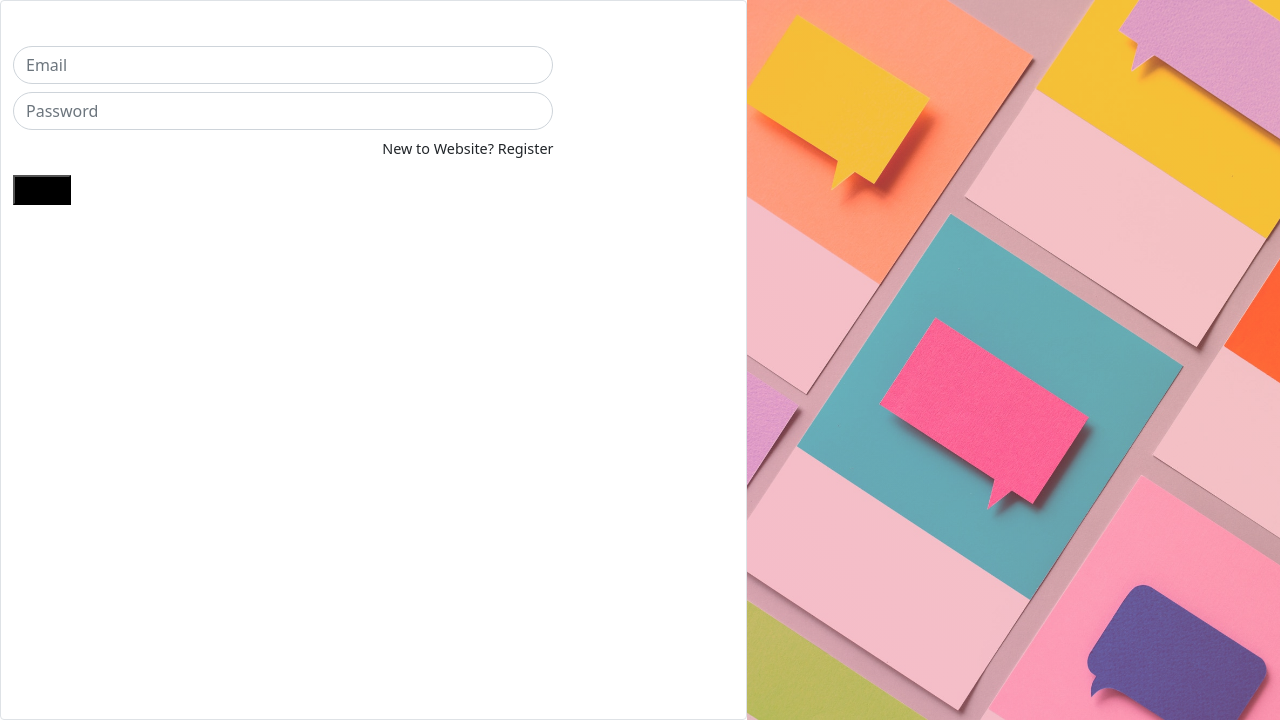
Repository: SaudCh/React-login
Page: /login
These files come from the project's save history. The page is drawn as it stood at one moment and after the next save; the edit follows.
The browser window is 1280 px wide. The pictures show the whole page.
The project was rebuilt for these pictures with package versions that can differ from the ones it lists, and the page was loaded fresh each time. Also part of the build but not shown: src/Components/Register/RegsiterCss.js, src/Components/Register/RegisterValidation.js, src/Components/Register/Register.jsx, src/Components/Home/Home.jsx.

Above is the page before, as saved 2022-02-06 12:26:08.

### src/App.js
import Login from './Components/Login/Login';
import Register from './Components/Register/Register'
import '../node_modules/bootstrap/dist/css/bootstrap.min.css'
import { Routes, Route } from 'react-router-dom'
import Home from './Components/Home/Home';

function App() {
  return (
    <Routes>
      <Route path="login" element={<Login />} />
      <Route path="register" element={<Register />} />
      <Route path="/" element={<Home />} />
      <Route path="*" element={<Register />} />
    </Routes >
  );
}

export default App;

### src/Components/Login/Login.jsx
import React, { useState } from "react";
import "./Login.css";
import { formStyle } from "./logincss";
import axios from "axios";
import { loginValidation } from "./loginValidation";

export default function Login() {
  const [email, setEmail] = useState();
  const [password, setPassword] = useState();
  const [error, setError] = useState("");

  const formSubmit = (e) => {
    setError("");
    e.preventDefault();
    const data = {
      email: email,
      password: password,
    };

    const errors = loginValidation(data);

    if (Object.keys(errors).length !== 0) {
      setError(errors);
      return;
    }

    axios
      .post("http://localhost:5000/api/user/login", data)
      .then(function (response) {
        console.log(response);
      })
      .catch(function (error) {
        let err;
        if (error.response) {
          err = error.response.data.message;
        } else if (error.request) {
          err = error.toJSON().message;
        } else {
          err = error.message;
        }
        setError({ api: err });
      });
  };

  return (
    <div>
      <div className="container-fluid">
        <div className="row">
          <div className="col-10 col-md-7 border rounded">
            <form onSubmit={formSubmit} className="col-9">
              {error.api && <p className="text-danger p-0 m-0">{error.api}</p>}
              <div className="my-2">
                <h4 className="text-white">Login </h4>
              </div>
              <div className="form-group my-2">
                <input
                  style={formStyle}
                  value={email}
                  onChange={(email) => setEmail(email.target.value)}
                  type="email"
                  class="form-control"
                  id="email"
                  placeholder={"Email"}
                />
                {error.email && (
                  <p className="text-danger p-0 m-0">{error.email}</p>
                )}
              </div>
              <div className="form-group my-2">
                <input
                  style={formStyle}
                  value={password}
                  onChange={(password) => setPassword(password.target.value)}
                  type="password"
                  class="form-control"
                  id="password"
                  placeholder="Password"
                />
                {error.password && (
                  <p className="text-danger p-0 m-0">{error.password}</p>
                )}
              </div>
              <div className="my-2">
                <div>
                  <p className="text-end" style={{ fontSize: "0.9rem" }}>
                    New to Website? <span>Register</span>
                  </p>
                </div>
                <button className="login-btn">Login</button>
              </div>
            </form>
          </div>
          <div className="col-md-5 login-background-image "></div>
        </div>
      </div>
    </div>
  );
}

### src/Components/Login/Login.css
:root {
  --primary: rgba(254, 113, 145, 0.4);
  --secondary: rgba(255, 133, 133, 0.4);
}
.login-background-image {
  height: 100vh;
  width: 100vw;

  background: linear-gradient(to top right, var(--primary), var(--secondary)),
    url("../Images/back.jpg") no-repeat center center / cover;
}

.login-btn{
  width: inherit;
  background-color: black;
}

input:hover,
input:active,
input:focus,
input:-webkit-autofill {
  outline: 0px !important;
  -webkit-appearance: none;
  box-shadow: none !important;
}
input:-webkit-autofill,
input:-webkit-autofill:focus {
  transition: background-color 600000s 0s, color 600000s 0s;
}

### src/Components/Login/logincss.js
export const formStyle = {
    backgroundColor: "transparent",
    borderRadius: 25,
};

### src/Components/Login/loginValidation.js
export const loginValidation = (data) => {
    let errors = {};

    if (!data.email) {
        errors.email = "Email Is Required."
    }
    else if (!/\S+@\S+\.\S+/.test(data.email)) {
        errors.email = "Invalid Email"
    }
    if (!data.password) {
        errors.password = "Password is required."
    }
    else if (data.password.length < 6) {
        errors.password = "Password Must be more than Six Characters"
    }
    return errors;

}

### src/Components/Register/Register.css
.background-image {
  background-image: linear-gradient(rgba(0, 0, 0, 0.2), rgba(0, 0, 0, 0.2)),
    url("../Images/back.jpg");
  background-position: center;
  background-repeat: no-repeat;
  background-size: cover;

  height: 100vh;
  justify-content: center;
  align-items: center;

  position: relative;
  z-index: 1;
}
.background-image::before {
  content: "";
  position: absolute;
  background: inherit;
  top: 0;
  bottom: 0;
  left: 0;
  right: 0;
  filter: blur(1px);
  z-index: -1;
}

.background-text {
  padding: 20px 0px;
  display: flex;
  justify-content: center;
  align-items: center;

  box-shadow: 0 0 1rem 0 rgba(0, 0, 0, 0.2);
  position: relative;
  background: inherit;
  z-index: 1;
}
.background-text::before {
  content: "";
  position: absolute;
  background: inherit;
  top: 0;
  bottom: 0;
  left: 0;
  right: 0;
  box-shadow: inset 0 0 2000px rgba(255, 255, 255, 0.3);
  /* filter: blur(1px); */
  z-index: -1;
}

input:hover,
input:active,
input:focus,
input:-webkit-autofill {
  outline: 0px !important;
  -webkit-appearance: none;
  box-shadow: none !important;
}
input:-webkit-autofill,
input:-webkit-autofill:focus {
  transition: background-color 600000s 0s, color 600000s 0s;
}

Loaded but not shown: public/index.html (common file); src/index.js (common file); src/index.css (common file); src/reportWebVitals.js (common file)

After the next save:
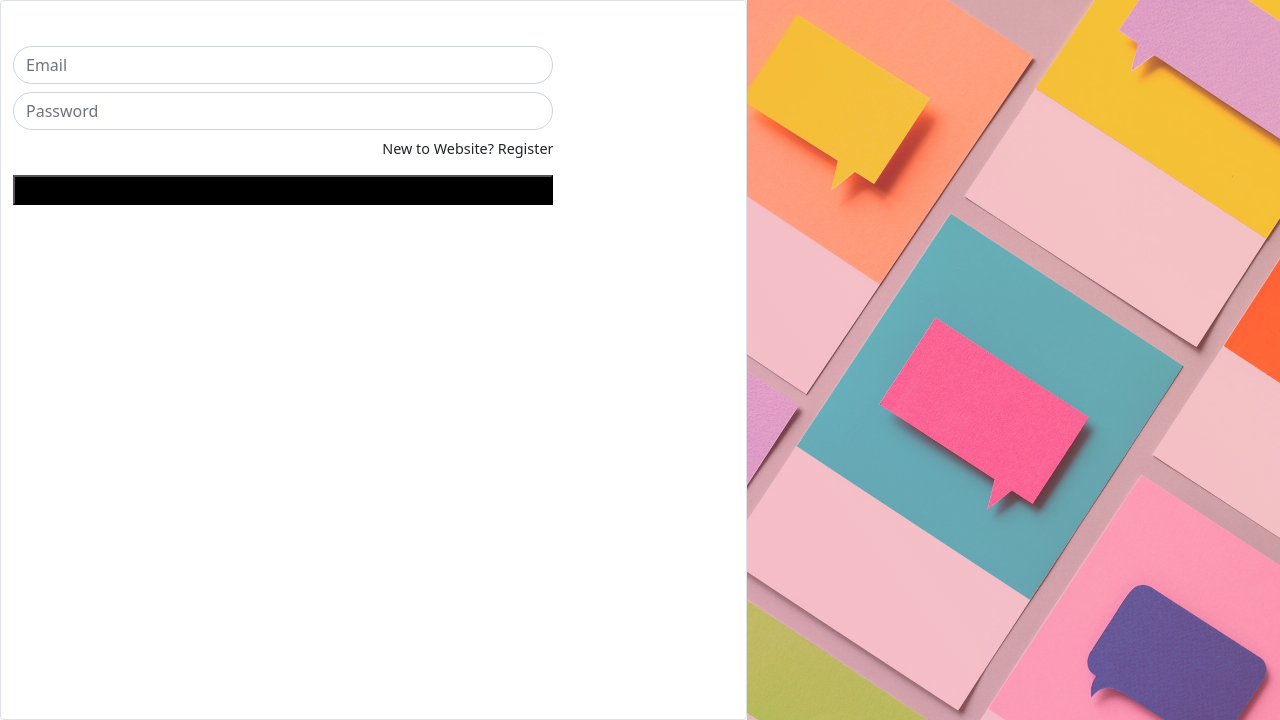
Saved 8 s later.
--- a/src/Components/Login/Login.css
+++ b/src/Components/Login/Login.css
@@ -11,7 +11,7 @@
 }
 
 .login-btn{
-  width: inherit;
+  width: 100%;
   background-color: black;
 }
 
